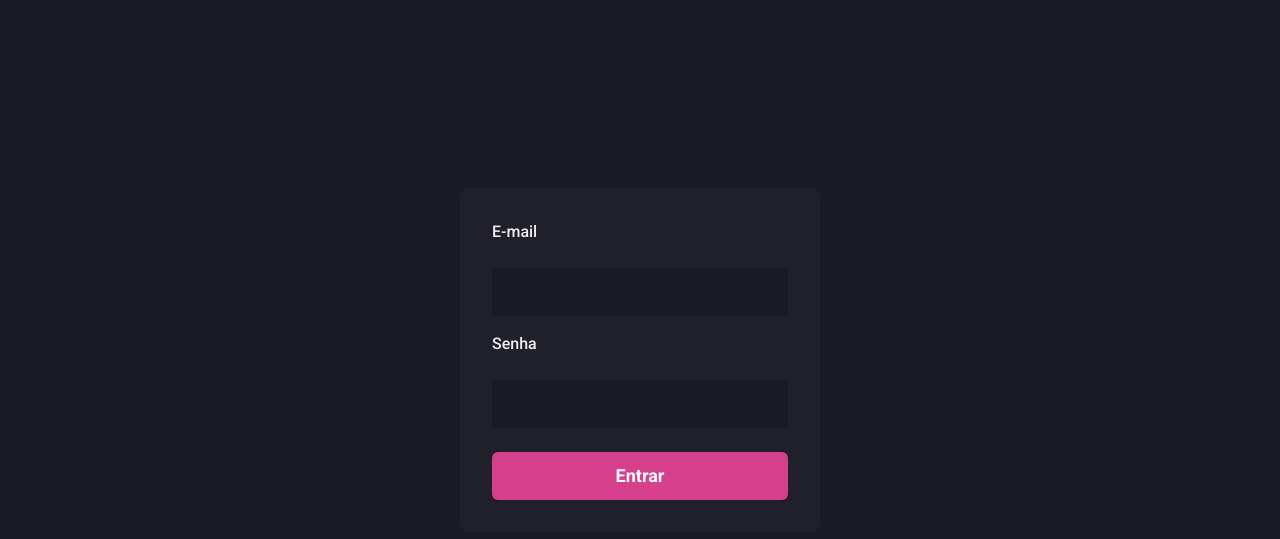
Repository: viniciusfg05/DashGo
Page: /
The author's editor kept a copy of each file at every save. The page is drawn from the files as they stood at one save, then again after the next save.
The browser window is 1280 px wide. The pictures show the whole page.
The project was rebuilt for these pictures with package versions that can differ from the ones it lists, and the page was loaded fresh each time. The framework's server and built-in components were replaced by stand-ins that run in the browser. Also part of the build but not shown: next.config.js.

Above is the page before, as saved 2022-03-26 09:18:37.

After the next save:
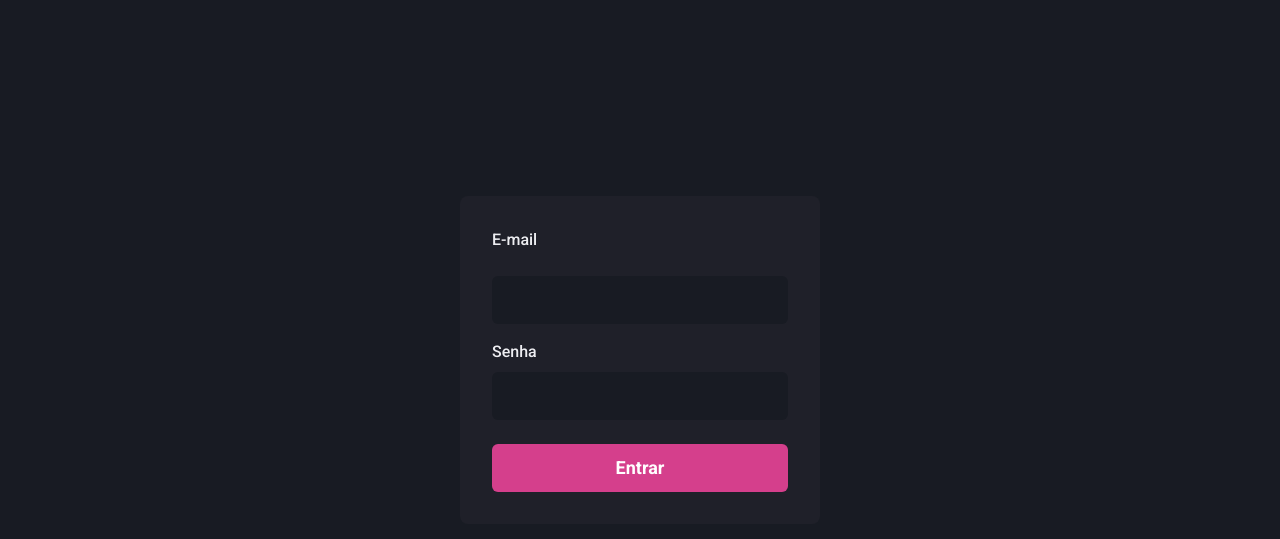
Saved 35 s later.
--- a/src/pages/index.tsx
+++ b/src/pages/index.tsx
@@ -1,4 +1,4 @@
-import { Button, Flex, Input, Stack, FormLabel} from "@chakra-ui/react";
+import { Button, Flex, Input, Stack, FormLabel, FormControl} from "@chakra-ui/react";
 
 export default function Home() {
   return (
@@ -34,22 +34,23 @@ export default function Home() {
           size="lg"
           />
 
-          <div>
+          <FormControl>
             <FormLabel htmlFor="password">Senha</FormLabel>
-          </div>
 
-          <Input
-          id='password'
-          name="password"
-          type="password"
-          focusBorderColor="pink.500"
-          bgColor="gray.900"
-          variant={"filled"} //variente se o input tem borda ou não
-          _hover={{
-            bgColor: 'gray-900'
-          }}
-          size="lg"
-          />
+            <Input
+            id='password'
+            name="password"
+            type="password"
+            focusBorderColor="pink.500"
+            bgColor="gray.900"
+            variant={"filled"} //variente se o input tem borda ou não
+            _hover={{
+              bgColor: 'gray-900'
+            }}
+            size="lg"
+            />
+          </FormControl>
+
         </Stack>
 
         <Button type="submit" colorScheme="pink" mt="6" size="lg">
